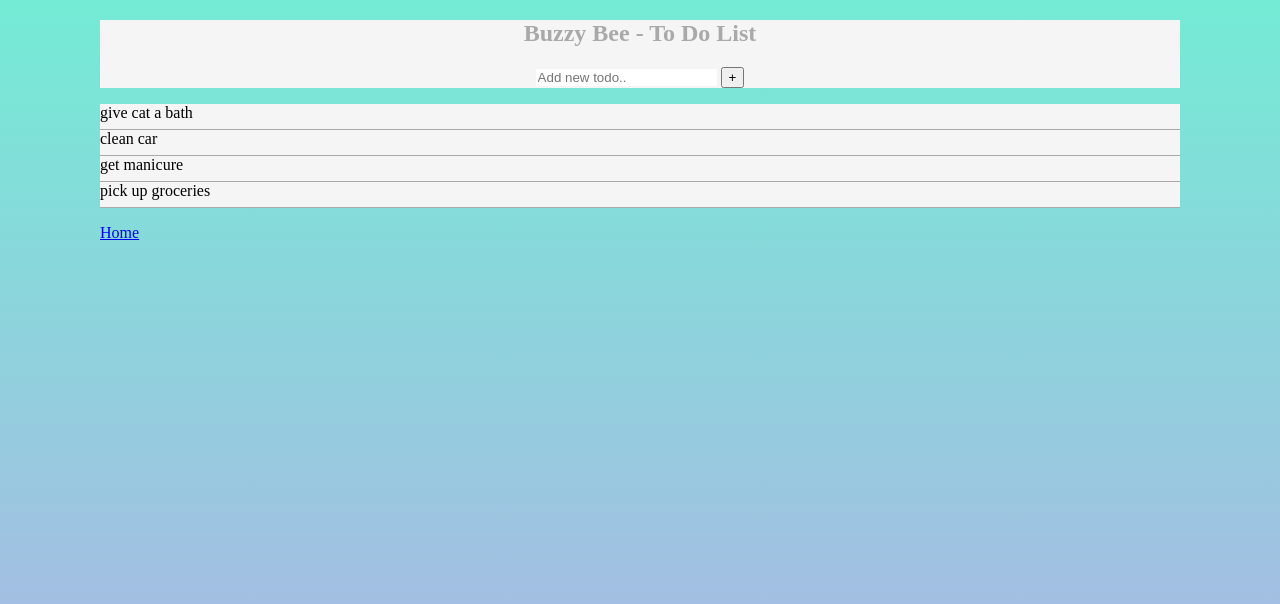
Repository: seleniadelgado/backend-spring2020-angie
Page: projects/todo/public_html/index.html
An editor plug-in stored every save of this project. The page is shown before and after the next save, followed by the edit.
The browser window is 1280 px wide. The pictures show the whole page.
The page's requests for data from a server got no answer.

Above is the page before, as saved 2020-05-12 16:21:13.

### projects/todo/public_html/index.html
<!DOCTYPE html>

<html lang="en">
    <head>
        <meta charset="utf-8">
        <title>Buzzy Bee - To Do List</title>
        <meta name="description" content="The HTML5 Herald">
        <meta name="author" content="SitePoint">
        <link rel="stylesheet" href="styles.css">
        <script
            src="https://code.jquery.com/jquery-3.5.0.min.js"
            integrity="sha256-xNzN2a4ltkB44Mc/Jz3pT4iU1cmeR0FkXs4pru/JxaQ="
            crossorigin="anonymous">
        </script>
</head>
<body>
    <div class="sectionTitle">
        <div class="appTitle">
            <h2>Buzzy Bee - To Do List</h2>
        </div>
        <div id="addNote">
            <input type="text" id="newNote" placeholder="Add new todo..">
            <button class="addBtn">+</button>
        </div>
    </div>

    <ul id="myList">
        <li>give cat a bath</li>
        <li>clean car</li>
        <li>get manicure</li>
        <li>pick up groceries</li>
    </ul>





















    <a href="http://localhost:3000/">Home</a>



    <script>
        $(document).ready(() => {
            let objectToSend = {
                note: "Do somethings",
                author: "Nick"
            }

            $.post("http://localhost:3000/newNote", objectToSend, (dataToGet) => {
                console.log(dataToGet);
            });
            $.post("http://localhost:3000/readNotes", {}, (dataToGet) => {
                let allNotesArray = dataToGet.notes;

                console.log(allNotesArray);
            })
        })

        //import the data from default user
        // make JSON into JS with parse.
        //with the list we want to populate our ul.
        //use jquery to access the dom, grab the string
        //loop over notes
        //add the note as an li to the ul
        //  Create li with jquery.
        //  target the ul with jquery and append the li.
        //note: $('<li></li>'')
        //      $('ul') -> a jquery list which holds the ul.
        //      get 1st element from the array

    </script>
</body>
</html>

### projects/todo/public_html/styles.css
html {
    background: linear-gradient(#74ebd5, #ACB6E5);
    height: 100%;

}
body {
    margin: 0px 100px 75px 100px;
}

.sectionTitle {
    background-color: whitesmoke;
    text-align: center;
}

.appTitle {
    color: darkgray;
}
#addNote #newNote {
    border: none;
    margin: auto;
}
#myList {
    list-style: none;
    padding: 0;

}
#myList li {
    height: 25px;
    border-bottom: 1px solid darkgray;
    background-color: whitesmoke;
}

After the next save:
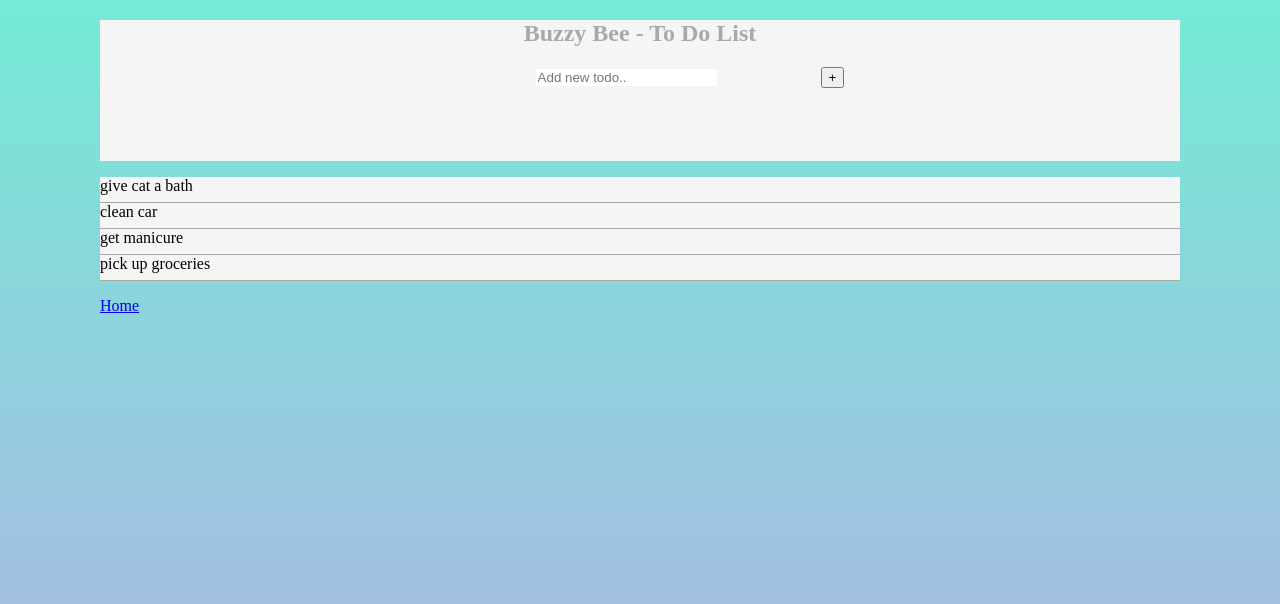
Saved 22 s later.
--- a/projects/todo/public_html/styles.css
+++ b/projects/todo/public_html/styles.css
@@ -17,7 +17,7 @@
 }
 #addNote #newNote {
     border: none;
-    margin: auto;
+    margin: 0px 100px 75px 100px;
 }
 #myList {
     list-style: none;

After the save that followed:
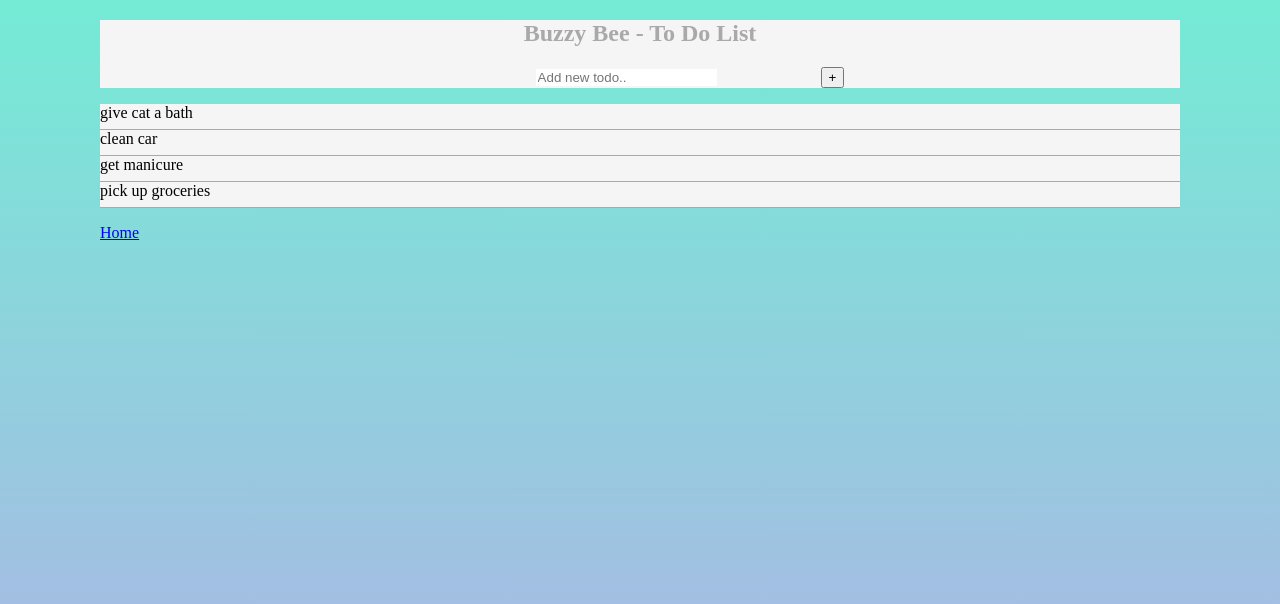
Saved 15 s later.
--- a/projects/todo/public_html/styles.css
+++ b/projects/todo/public_html/styles.css
@@ -17,7 +17,7 @@
 }
 #addNote #newNote {
     border: none;
-    margin: 0px 100px 75px 100px;
+    margin: 0px 100px 0px 100px;
 }
 #myList {
     list-style: none;
